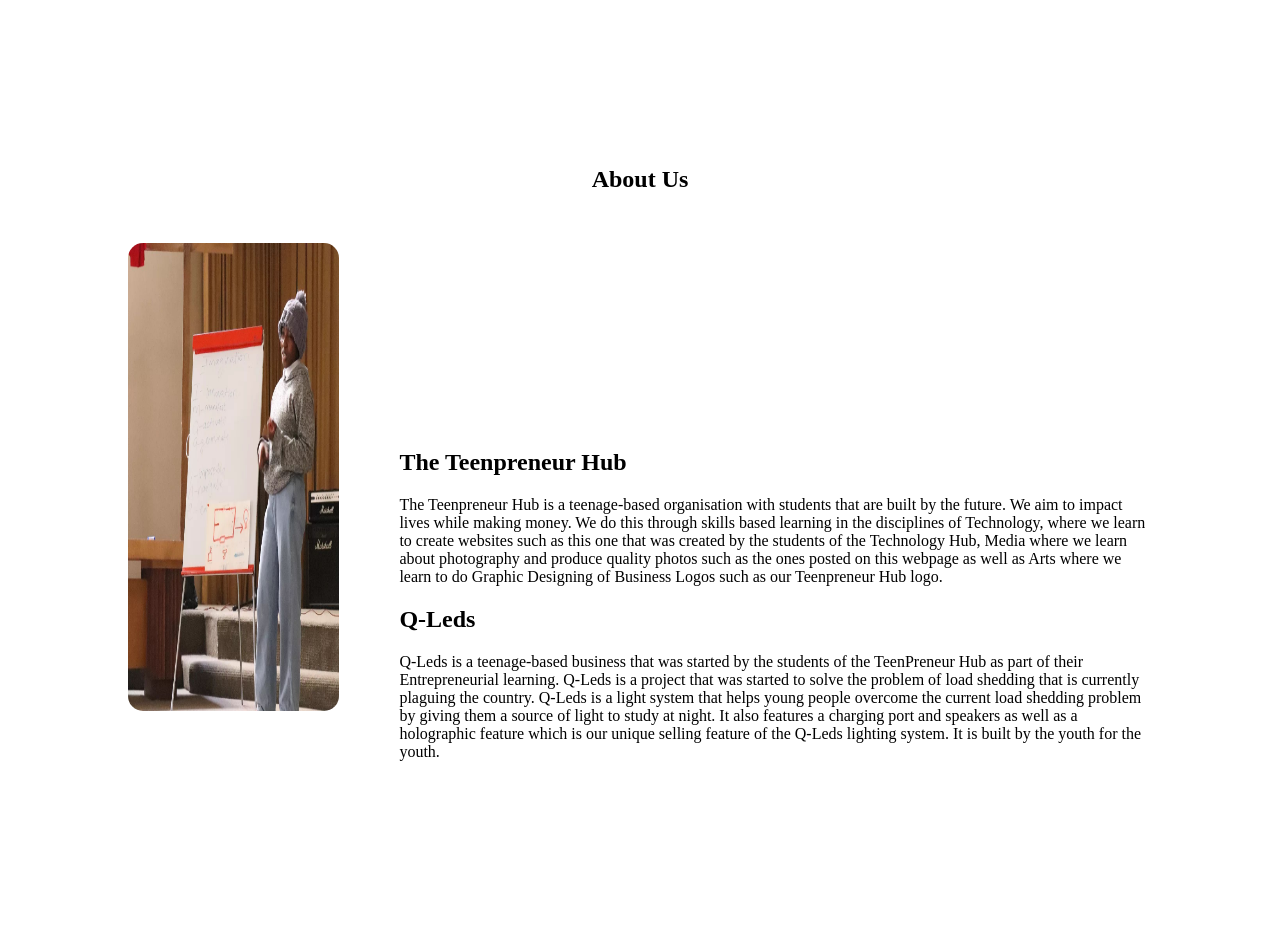
Repository: chadrackkyungu/4-BCT-TPH-Website
Page: index.html
An editor plug-in stored every save of this project. The page is shown before and after the next save, followed by the edit.
The browser window is 1280 px wide. The pictures show the part of the page from y = 824 to 1776 px (the page is 2781 px tall).
A picture or video elsewhere on the page could not be fetched, so the positions and the page height are approximate.

Above is the page before, as saved 2022-10-21 09:19:12.

### index.html
<!DOCTYPE html>
<html lang="en">

<head>
    <meta charset="UTF-8">
    <meta http-equiv="X-UA-Compatible" content="IE=edge">
    <meta name="viewport" content="width=device-width, initial-scale=1.0">
    <title> TPH LAB </title>
    <link rel="stylesheet" href="/src/css/style.css">
</head>

<body>

    <div class="navigation">
        <div class="logocontainer">
            <img class="image1" src="./src/images/logo.png" alt="">
        </div>

        <ul class="nav-link">
            <a href="#about">
                <li>About</li>
            </a>
            <a href="#product">
                <li>Our Product</li>
            </a>
            <a href="#contact">
                <li>Contact Us</li>
            </a>
        </ul>
    </div>

    <div class="section1">
        <h2 class="title"> TEEN PRENEUR HUB 2022</h2>

        <div class="image-container">
            <img src="./src/images/img-2.jpeg" alt="">
        </div>
    </div>

    <div class="section1">
        <a id="about">
            <h2 class="title"> About Us</h2>
        </a>

        <div class="aboutcontainer">
            <div class="image-container">
                <img src="./src/images/img-10.jpeg" alt="">
            </div>


            <div class="contentcontainer">
                <h2>The Teenpreneur Hub</h2>

                <p>The Teenpreneur Hub is a teenage-based organisation with students that are built by the future. We aim to impact lives while making money. We do this through skills based learning in the disciplines of Technology, where we learn to create
                    websites such as this one that was created by the students of the Technology Hub, Media where we learn about photography and produce quality photos such as the ones posted on this webpage as well as Arts where we learn to do Graphic
                    Designing of Business Logos such as our Teenpreneur Hub logo.</p>

                <h2>Q-Leds</h2>

                <p>Q-Leds is a teenage-based business that was started by the students of the TeenPreneur Hub as part of their Entrepreneurial learning. Q-Leds is a project that was started to solve the problem of load shedding that is currently plaguing
                    the country. Q-Leds is a light system that helps young people overcome the current load shedding problem by giving them a source of light to study at night. It also features a charging port and speakers as well as a holographic feature
                    which is our unique selling feature of the Q-Leds lighting system. It is built by the youth for the youth.
                </p>


            </div>

        </div>
    </div>

    <div class="section1">
        <a id="product">
            <h2 class="title">Our Product</h2>
        </a>


        <div class="productcontainer">
            <div class="prductimagecontainer">
                <img src="./imagine.jpg" alt="">
            </div>
            <div class="prductimagecontainer">
                <img src="./imagine.jpg" alt="">
            </div>
            <div class="prductimagecontainer">
                <img src="./imagine.jpg" alt="">
            </div>
            <div class="prductimagecontainer">
                <img src="./imagine.jpg" alt="">
            </div>
            <div class="prductimagecontainer">
                <img src="./imagine.jpg" alt="">
            </div>
            <div class="prductimagecontainer">
                <img src="./imagine.jpg" alt="">
            </div>

        </div>
    </div>

    <div class="section1">
        <a id="contact">
            <h2 class="title"> Contact Us</h2>
        </a>

        <div class="contactcontainer">
            <div class="contactcontent">
                <P>Address: 52 Fife Avenue, Berea, Johannesburg, 2198</P>
                <p>Contact us on: 063 397 3539</p>
                <p>Email us on: mashudu@teenagers.org.za</p>
                <p><a href="https://teenagers.org.za/" target=" "> Website: www.teenagers.org.za </a></p>
                <p>Facebook: Teenagers Empowerment Program</p>
                <p>Instagram: @teenagersza</p>
            </div>
        </div>
    </div>

    <div class="nav-link"> </div>
</body>
<html>

### src/css/style.css
html,
body {
    box-sizing: 0;
    margin: 0;
    padding: 0;
}


/* NAVBAR */

.navigation {
    background-color: #509e2e;
    display: flex;
    justify-content: space-around;
    align-items: center;
}

.image1 {
    width: 100px;
}

.nav-link {
    display: flex;
}

.nav-link li {
    list-style-type: none;
    padding: 5px;
    color: white;
}

.nav-link a {
    text-decoration: none !important;
}


/* SECTION 1 */

.section1 {
    width: 80%;
    margin: 0 auto;
}

img {
    border-radius: 15px;
}

.title {
    text-align: center;
    margin-bottom: 50px;
    margin-top: 50px;
}

.image-container {
    width: 100%;
    height: 100vh;
}

.image-container img {
    width: 100%;
    height: 65% !important;
}

.aboutcontainer {
    display: flex;
    justify-content: space-around;
    align-items: center;
}

.contentcontainer {
    margin-left: 60px;
}

.productcontainer {
    display: grid;
    grid-template-columns: 1fr 1fr 1fr;
    gap: 20px;
}

.prductimagecontainer {
    width: 100%;
}

.prductimagecontainer img {
    width: 100%;
}

.contactcontainer {
    display: flex;
    justify-content: center;
    align-items: center;
}

.contactcontent {
    margin: auto 0;
    text-align: center;
}

.logocontainer {
    width: 10%;
}

.logocontainer img {
    width: 50%;
    border-radius: 100%;
}

After the next save:
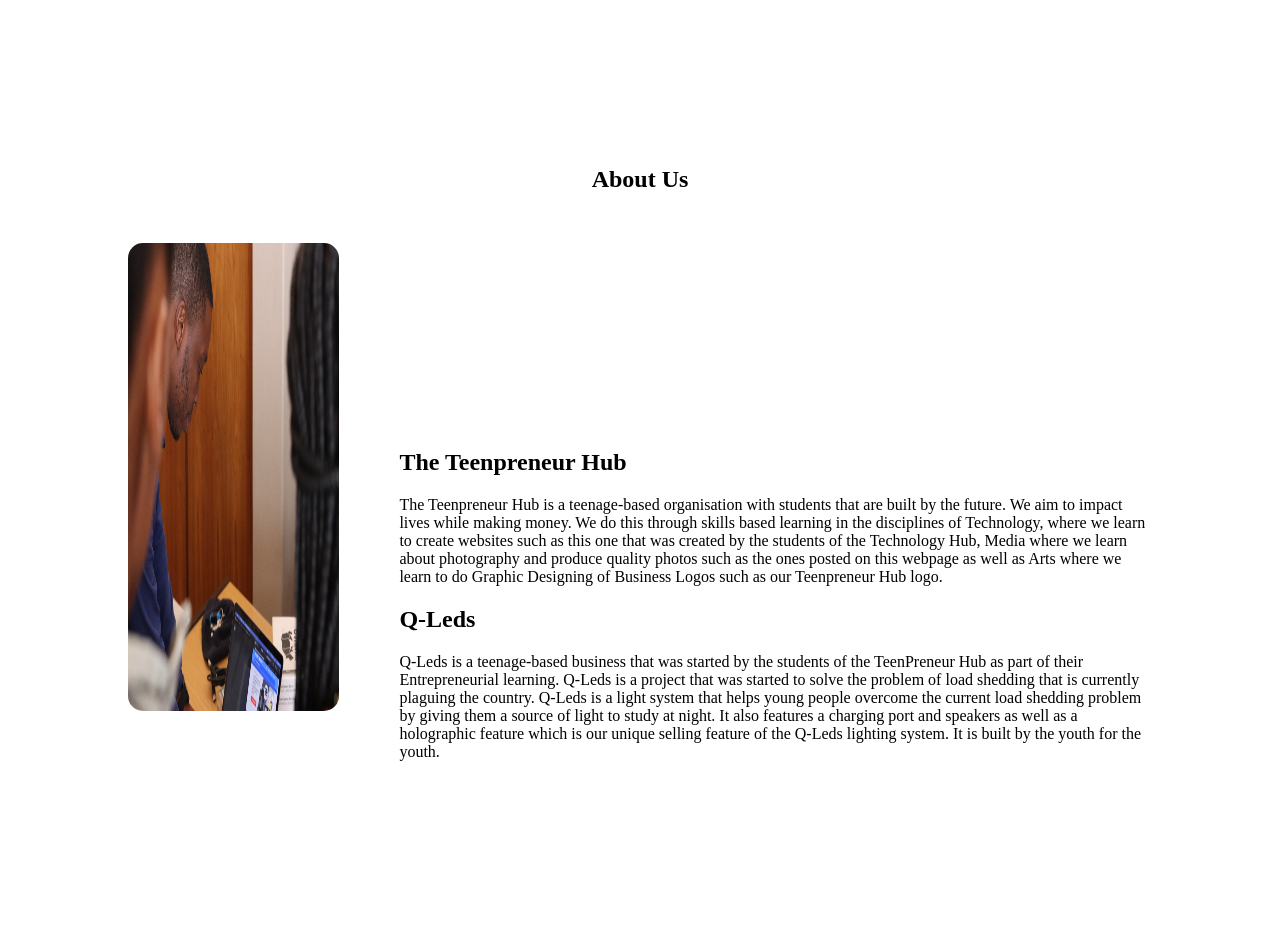
Saved 16 s later.
--- a/index.html
+++ b/index.html
@@ -44,7 +44,7 @@
 
         <div class="aboutcontainer">
             <div class="image-container">
-                <img src="./src/images/img-10.jpeg" alt="">
+                <img src="./src/images/img-2.jpeg" alt="">
             </div>
 
 
@@ -61,7 +61,6 @@
                     the country. Q-Leds is a light system that helps young people overcome the current load shedding problem by giving them a source of light to study at night. It also features a charging port and speakers as well as a holographic feature
                     which is our unique selling feature of the Q-Leds lighting system. It is built by the youth for the youth.
                 </p>
-
 
             </div>
 
